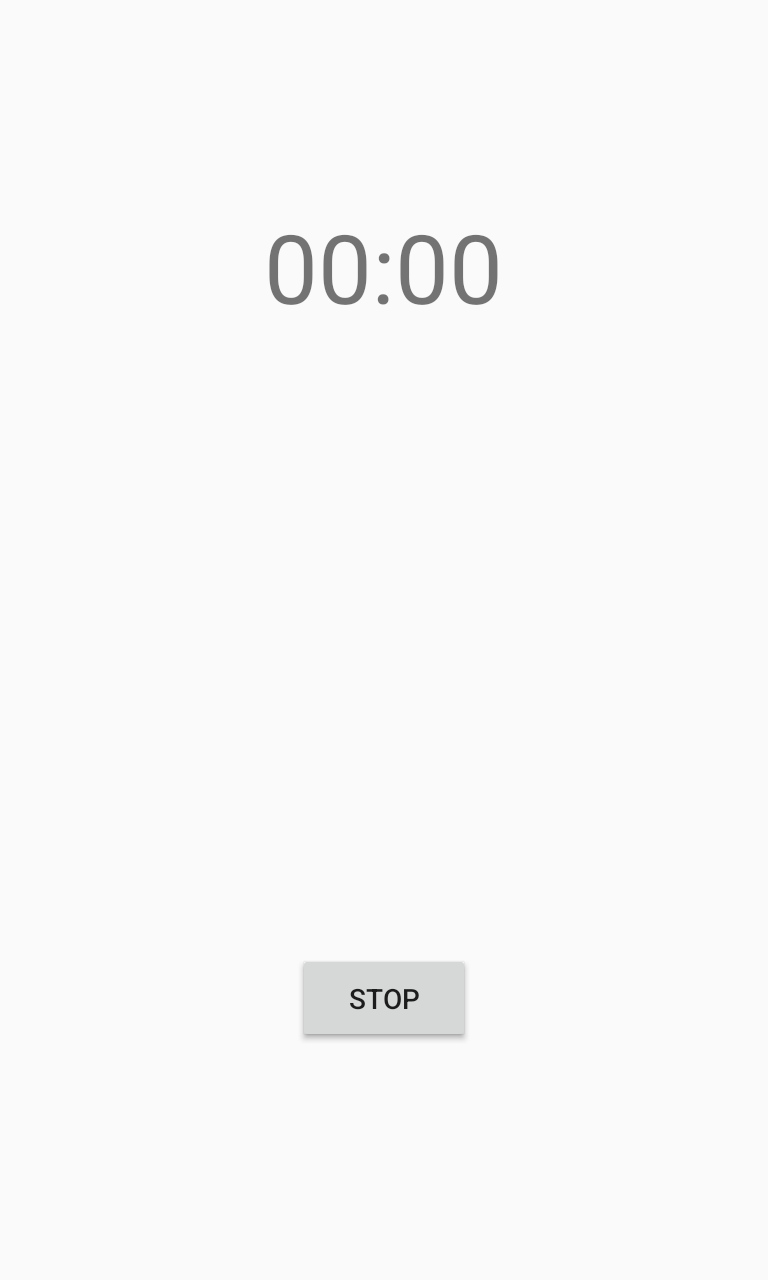
Repository: axxdeveloper/Brightest
Layout: StudyKeeper/res/layout/fragment_start_study.xml
The author's editor kept a copy of each file at every save. The layout is drawn from the files as they stood at one save, then again after the next save.
It is drawn on a 768 x 1280 px phone screen (xhdpi) without system bars, with theme AppTheme; the app's code is not run.

Above is the layout before, as saved 2014-04-26 01:57:44.

After the next save:
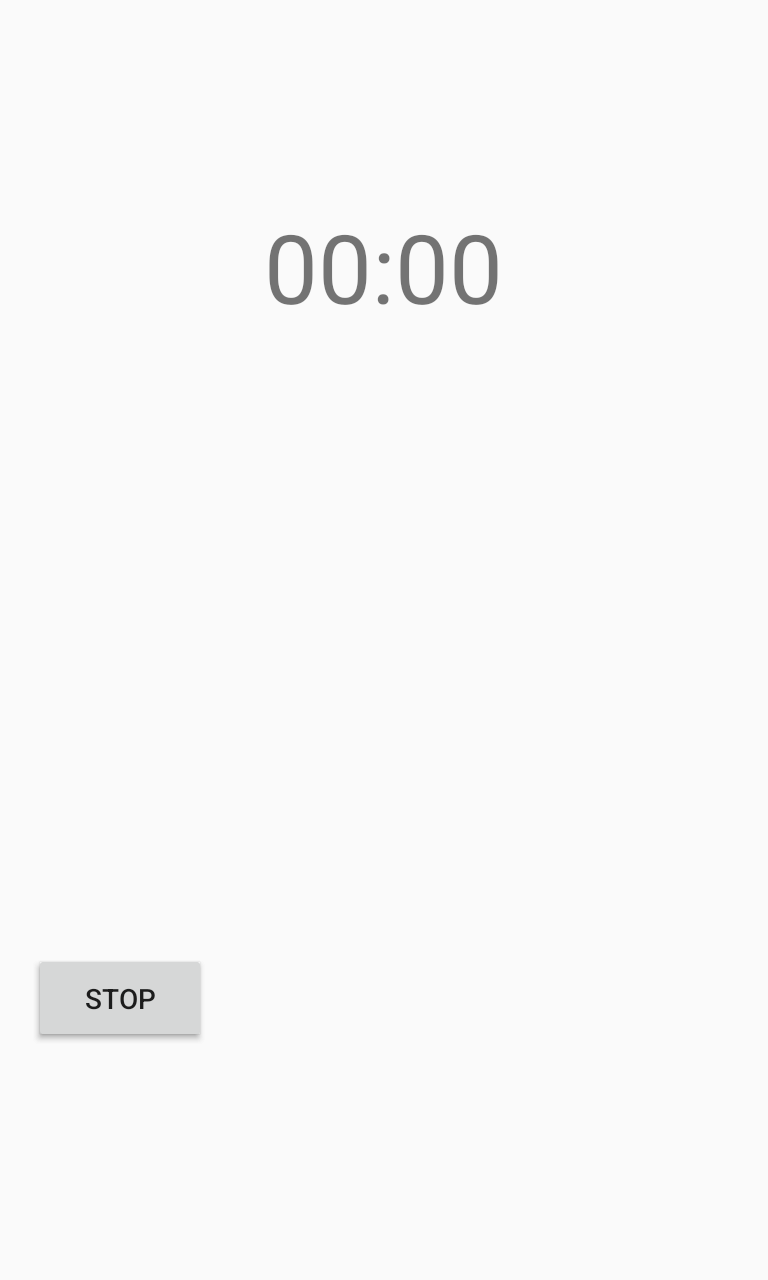
Saved 71 s later.
--- a/StudyKeeper/res/layout/fragment_start_study.xml
+++ b/StudyKeeper/res/layout/fragment_start_study.xml
@@ -13,7 +13,6 @@
         android:layout_width="wrap_content"
         android:layout_height="wrap_content"
         android:layout_alignParentBottom="true"
-        android:layout_centerHorizontal="true"
         android:layout_marginBottom="101dp"
         android:text="@string/action_start" />
 
@@ -22,7 +21,6 @@
         android:layout_width="wrap_content"
         android:layout_height="wrap_content"
         android:layout_alignParentBottom="true"
-        android:layout_centerHorizontal="true"
         android:layout_marginBottom="101dp"
         android:text="@string/action_stop" />
 

After the save that followed:
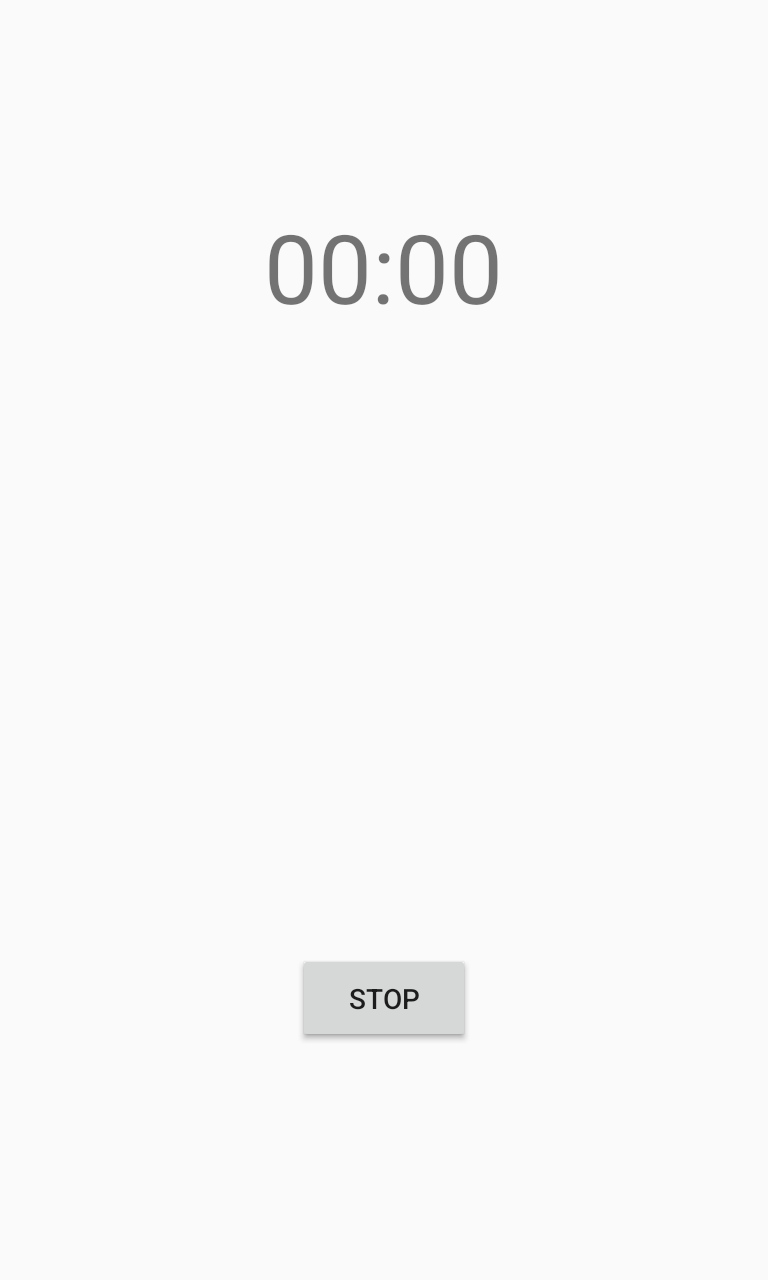
Saved 57 s later.
--- a/StudyKeeper/res/layout/fragment_start_study.xml
+++ b/StudyKeeper/res/layout/fragment_start_study.xml
@@ -13,6 +13,7 @@
         android:layout_width="wrap_content"
         android:layout_height="wrap_content"
         android:layout_alignParentBottom="true"
+        android:layout_centerHorizontal="true"
         android:layout_marginBottom="101dp"
         android:text="@string/action_start" />
 
@@ -21,6 +22,7 @@
         android:layout_width="wrap_content"
         android:layout_height="wrap_content"
         android:layout_alignParentBottom="true"
+        android:layout_centerHorizontal="true"
         android:layout_marginBottom="101dp"
         android:text="@string/action_stop" />
 
